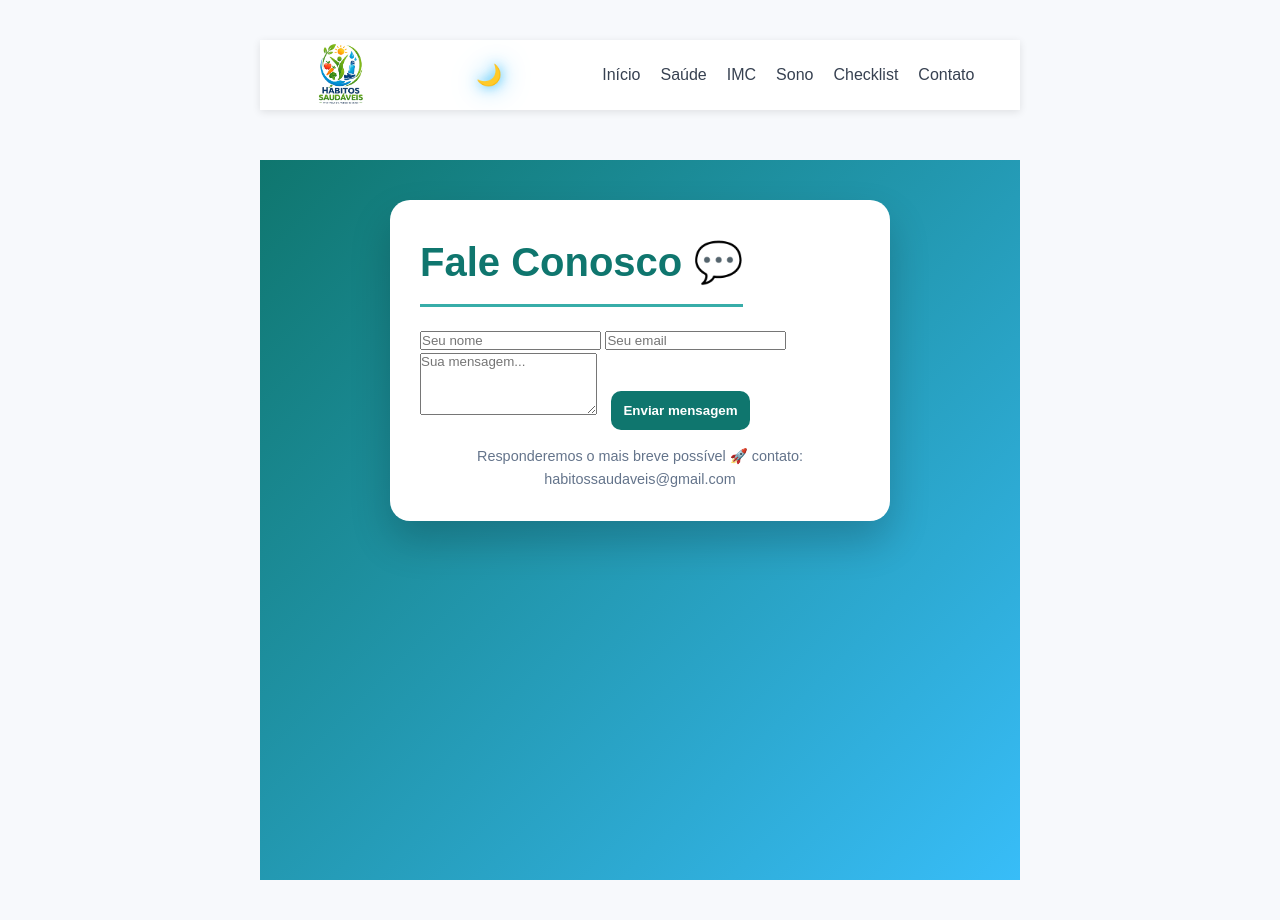
Repository: habitos2026/projetointegrador2026
Page: contato.html
An editor plug-in stored every save of this project. The page is shown before and after a run of saves, followed by the edit.
The browser window is 1280 px wide. The pictures show the whole page.

Above is the page before, as saved 2026-06-10 23:11:54.

### contato.html
<!DOCTYPE html>
<html lang="pt-br">
<head>
<meta charset="UTF-8">
<meta name="viewport" content="width=device-width, initial-scale=1.0">
<title>Contato</title>

<link rel="stylesheet" href="estilos.css">

<style>

    :root {
            --cor-mente: #6a89cc;    /* Azul sereno */
            --cor-fisico: #38ada9;   /* Verde energia */
            --cor-agua: #4a69bd;     /* Azul hidratação */
            --cor-fundo: #f7f9fc;
        }

        /* Animação de Entrada */
        @keyframes fadeInUp {
            from {
                opacity: 0;
                transform: translateY(20px);
            }
            to {
                opacity: 1;
                transform: translateY(0);
            }
        }

        body {
            font-family: 'Segoe UI', Roboto, sans-serif;
            line-height: 1.6;
            background-color: var(--cor-fundo);
            color: #2f3542;
            max-width: 800px;
            margin: 0 auto;
            padding: 40px 20px;
        }

        header {
            text-align: center;
            margin-bottom: 50px;
            animation: fadeInUp 0.8s ease-out;
        }

        h1 {
            color: var(--cor-mente);
            font-size: 2.5rem;
            border-bottom: 3px solid var(--cor-fisico);
            display: inline-block;
            padding-bottom: 10px;
        }

        section {
            background: white;
            padding: 30px;
            border-radius: 15px;
            box-shadow: 0 10px 25px rgba(0,0,0,0.05);
            animation: fadeInUp 1s ease-out;
        }

        h2 {
            color: var(--cor-fisico);
            margin-top: 30px;
            display: flex;
            align-items: center;
            gap: 10px;
        }

/* ÁREA SÓ DO CONTATO */
.contato-page {
    background: linear-gradient(135deg, #0f766e, #38bdf8);
    min-height: 100vh;
    padding: 40px 10px;
}

/* CARD */
.contato-box {
    max-width: 500px;
    margin: auto;
    background: white;
    padding: 30px;
    border-radius: 20px;
    box-shadow: 0 20px 40px rgba(0,0,0,0.2);
    animation: subir 0.6s ease;
}

/* ANIMAÇÃO */
@keyframes subir {
    from {
        opacity: 0;
        transform: translateY(40px);
    }
    to {
        opacity: 1;
        transform: translateY(0);
    }
}

.contato-box h1 {
    text-align: center;
    color: #0f766e;
    margin-bottom: 20px;
}

/* FORM */
.contato-form {
    display: flex;
    flex-direction: column;
    gap: 15px;
}

.contato-form input,
.contato-form textarea {
    padding: 12px;
    border-radius: 10px;
    border: 1px solid #cbd5e1;
    outline: none;
    transition: 0.3s;
    font-size: 1rem;
}

.contato-form input:focus,
.contato-form textarea:focus {
    border-color: #0f766e;
    box-shadow: 0 0 8px rgba(15,118,110,0.3);
}

/* BOTÃO */
.contato-form button {
    padding: 12px;
    border: none;
    border-radius: 10px;
    background: #0f766e;
    color: white;
    font-weight: bold;
    cursor: pointer;
    transition: 0.3s;
}

.contato-form button:hover {
    background: #115e59;
    transform: scale(1.03);
    cursor: pointer;
}

.contato-box button{
    padding: 12px;
    margin-left: 10px;
    border: none;
    border-radius: 10px;
    background: #0f766e;
    color: white;
    font-weight: bold;
    cursor: pointer;
    transition: 0.3s;
}

/* TEXTO */
.info {
    text-align: center;
    margin-top: 15px;
    color: #64748b;
    font-size: 0.9rem;
}

</style>

</head>

<body>

<div id="menu"></div>

<div class="contato-page">

    <div class="contato-box">
        <h1>Fale Conosco 💬</h1>

        <form class= method="post">
            <input type="text" placeholder="Seu nome" required>
            <input type="email" placeholder="Seu email" required>
            <textarea rows="4" placeholder="Sua mensagem..." required></textarea>
            <button type="submit">Enviar mensagem</button>
        </form>

        <div class="info">
            Responderemos o mais breve possível 🚀  contato: habitossaudaveis@gmail.com
        </div>
    </div>

</div>

<script src="trabalho.js"></script>

</body>
</html>

### estilos.css
:root{
    --cinza245: rgb(245,245,245);
    --cinza220: rgb(220,220,220);
    --cinza128: rgb(128,128,128);
    --azul: rgb(0,80,120);
    --amarelo: yellow;
}

/* RESET */
*{
    margin:0;
    padding:0;
    box-sizing:border-box;
    font-family:Arial, sans-serif;
}

body{
    background:#f5f7fb;
    color:#1f2937;
}

/* HEADER */
header{
    background:white;
    height:70px;

    display:flex;
    align-items:center;
    justify-content:space-between;

    padding:0 6%;

    box-shadow:0 2px 8px rgba(0,0,0,0.1);
}

/* LOGO */
.logo{
    height:100%;
    width:auto;
}

/* MENU */
.menu{
    display:flex;
    align-items:center;
    gap:20px;
}

.menu a{
    text-decoration:none;
    color:#374151;
    transition: 0.5s;

}

.menu a:hover{
    color:#0f766e;
    text-shadow: 0 0 6px #01b3a4;
}

/* TOPO MENU MOBILE */
.topoMenu{
    display:none;
}

/* BOTÃO MENU */
.botaoMenu{
    border:none;
    background:transparent;

    display:none;
    flex-direction:column;

    gap:6px;

    cursor:pointer;
    transition:0.5s;
}

.botaoMenu div{
    width:28px;
    height:3px;

    background:black;
    transition:0.5s;
}

/* MAIN */
main{
    max-width:800px;

    margin:40px auto;

    background:white;

    padding:30px;

    border-radius:10px;
}

/* TEXTOS */
h1{
    color:#0f766e;
    margin-bottom:10px;
}

p{
    margin-bottom:15px;
}

/* BANNER */
.bannerIndexInicio{
    width:100%;
    height:300px;
    overflow:hidden;
}

.bannerIndexInicio img{
    width:100%;
    height:100%;

    object-fit:cover;
    display:block;
}

.bannerIndex{
    height:100%;

    display:flex;
    justify-content:center;

    overflow:hidden;

    aspect-ratio:16/9;
}

.bannerIndex img{
    width:70%;
    height:80%;

    object-fit:cover;
}

/* BOX ÁGUA */
.agua-box{
    background:#ecfeff;

    padding:20px;

    border-radius:15px;

    margin-bottom:20px;
}

.agua-box h2{
    color:#0f766e;
    margin-bottom:10px;
}

.agua-box input{
    width:100%;

    padding:10px;

    margin-bottom:10px;

    border-radius:8px;

    border:1px solid #ccc;
}

.agua-box button{
    width:100%;

    padding:12px;

    background:#0f766e;

    color:white;

    border:none;

    border-radius:8px;

    cursor:pointer;

    transition:0.5s;
}

.agua-box button:hover{
    background:#115e59;

    transform:scale(1.01);

    box-shadow:
    0 0 10px rgb(1, 255, 234),
    0 0 15px rgb(0, 173, 253);
}

#resultadoAgua{
    margin-top:10px;
    font-weight:bold;
}

/* LISTAS */
.listas{
    width:65%;

    display:grid;

    grid-template-columns:repeat(2, 1fr);

    gap:1rem;
}

/* IMAGENS SAÚDE */
.Saude .Imagem img{

    width:35%;

    height:auto;

    object-fit:cover;

    border-radius:15px;

    transition:0.4s;
}

.Saude .Imagem img:hover{

    transform:scale(1.05);

    box-shadow:
    0 0 10px cyan,
    0 0 20px cyan,
    0 0 40px cyan;
}

.imc-box{
    background:#0f766e;

    padding:20px;

    border-radius:20px;

    margin-top:3rem;


}

.imc-box input{
    width:100%;

    padding:10px;

    margin-bottom:10px;

    border-radius:8px;

    border:1px solid #ccc;
}

.imc-box button{
    width:100%;

    padding:12px;

    background: white;

    border: none;

    border-radius:8px;

    cursor:pointer;

    transition:0.5s;
}

.imc-box button:hover{
    background:#f0f0f0;

    transform:scale(1.002);

    box-shadow:
    0 0 6px rgb(1, 255, 234),
    0 0 8px rgb(0, 173, 253),
    0 0 15px  rgba(18, 165, 153);
}

#resultado{
    margin-top:20px;

    font-weight:bold;

    display: flex;

    flex-direction: column;

    align-items: center;

    gap: 10px;

}

#botaoFecharMenu{
    border:none;

    background:transparent;

    box-shadow: none;

    font-size:20px;

    cursor:pointer;

    transition: 0.5s;

    border-radius: 100px;

}


#botaoFecharMenu:hover{
    color: red;
    text-shadow:  0 0 11px rgb(255, 0, 0);
}

#botaoFecharMenu:active{
  animation: clickEffect 0.2s ease;
}


/* ===== BOTÃO TEMA ===== */

/* Tema CLARO ativo — botão mostra 🌙 — neon azul */
#btnTema {
    background: transparent;
    border: none;
    border-radius: 50%;
    width: 38px;
    height: 38px;
    font-size: 1.3rem;
    cursor: pointer;
    transition: all 0.3s;
    filter: drop-shadow(0 0 6px #38bdf8) drop-shadow(0 0 12px #7dd3fc);
}

#btnTema:hover {
    transform: scale(1.12) rotate(10deg);
    filter: drop-shadow(0 0 10px #38bdf8) drop-shadow(0 0 20px #7dd3fc);
}

/* Tema ESCURO ativo — botão mostra ☀️ — neon amarelo */
body.dark #btnTema {
    border: none;
    box-shadow: none;
    filter: drop-shadow(0 0 6px #f59e0b) drop-shadow(0 0 12px #fbbf24);
}

body.dark #btnTema:hover {
    transform: scale(1.2) rotate(50deg);
    filter: drop-shadow(0 0 10px #f59e0b) drop-shadow(0 0 20px #fbbf24);
}

/* ===== DARK MODE ===== */
body.dark {
    background: #0a0f1e;
    color: #e2e8f0;
}

body.dark header {
    background: #0d1b2a;
    box-shadow: 0 2px 8px rgba(0,0,0,0.5);
}

body.dark .menu {
    background: #0d1b2a;
}

body.dark .menu a {
    color: #94a3b8;
    border-bottom-color: #1e3a5f;
}

body.dark .menu a:hover {
    color: #7dd3fc;
    text-shadow: 0 0 6px #7dd3fc88;
}

body.dark main,
body.dark section {
    background: #0d1b2a;
    box-shadow: 0 4px 20px rgba(0,0,0,0.3);
}

body.dark .logo {
    filter: brightness(0.9) drop-shadow(0 0 6px rgba(56, 189, 248, 0.4));
    border-radius: 50%;
    background: transparent;
    mix-blend-mode: screen;
}

body.dark h1 {
    color: #38bdf8;
    text-shadow: 0 0 8px #38bdf855;
}

body.dark h2 {
    color: #7dd3fc;
    text-shadow: none;
}

body.dark .agua-box {
    background: #0d2137;
    border: 1px solid #1e3a5f;
}

body.dark .agua-box input,
body.dark .imc-box input,
body.dark .contato-form input,
body.dark .contato-form textarea {
    background: #0a0f1e;
    color: #e2e8f0;
    border-color: #1e3a5f;
}

body.dark .habit-item {
    background: #0d1b2a;
    color: #e2e8f0;
}

body.dark .barra {
    background: #1e293b;
}

body.dark .barra span {
    background: #38bdf8;
}

body.dark li {
    background: #0d1b2a;
    border-left-color: #38bdf8;
    color: #e2e8f0;
}

body.dark li:hover {
    background: #0d2137;
}

body.dark .contato-box {
    background: #0d1b2a;
}

body.dark .contato-form input,
body.dark .contato-form textarea {
    background: #0a0f1e;
    color: #e2e8f0;
    border-color: #1e3a5f;
}

body.dark footer {
    color: #475569;
}

@keyframes clickEffect {
  0% {
    transform: scale(1);
    text-shadow: 0 0 10px red;
  }
  50% {
    transform: scale(0.95);
    text-shadow: 0 0 20px red;
  }
  100% {
    transform: scale(1);
    text-shadow: 0 0 10px red;
  }
}

/* ANIMAÇÃO */
@keyframes subir{

    from{
        opacity:0;
        transform:translateY(-20px);
    }

    to{
        opacity:1;
        transform:translateY(0);
    }

}

/* MOBILE */
@media screen and (max-width:950px){

    .botaoMenu{
        display:flex;

        animation:subir 0.5s ease;
    }

    .botaoMenu:hover{
        transform: scale(1.03);
    }
    .botaoMenu:hover div{
        box-shadow: 0 10px 15px rgba(0,0,0,0.4);

    }

    .menu{
        position:fixed;

        top:0;
        right:-100%;

        width:80%;
        height:100vh;

        background:white;

        flex-direction:column;

        align-items:flex-start;

        padding:30px;

        transition: right 0.5s;

        z-index:999;
    }

    .menu a{
        width:100%;

        padding:12px 0;


        border-bottom:1px solid var(--cinza220);

        text-decoration:none;

        color:#374151;

        transition: 0.10s;

}

    .menu a:hover{
    color:#0f766e;
    text-shadow: 0 0 6px #01b3a4;
    border: #01b3a4 1px solid;
    transition: 0.5s;
}

    .topoMenu{
        display:flex;

        width:100%;

        justify-content:space-between;

        align-items:center;

        margin-bottom:30px;
    }

    .topoMenu button{
        border:none;

        background:transparent;

        font-size:20px;

        cursor:pointer;
    }

    main{
        margin:20px;
    }

    .bannerIndex img{
        width:100%;
        height:220px;
    }

    .listas{
        width:100%;

        grid-template-columns:1fr;
    }

    .Saude .Imagem img{
        width:100%;
    }
}

### trabalho.js
// ===== DARK MODE — roda ANTES de tudo =====
if (localStorage.getItem("tema") === "dark") {
    document.body.classList.add("dark");
}

// ===== MENU =====
fetch("menu.html")
.then(res => res.text())
.then(data => {

    document.getElementById("menu").innerHTML = data;

    // Botão tema
    const btnTema = document.getElementById("btnTema");
    btnTema.textContent = document.body.classList.contains("dark") ? "☀️" : "🌙";

    btnTema.addEventListener("click", () => {
        document.body.classList.toggle("dark");
        const temaDark = document.body.classList.contains("dark");
        localStorage.setItem("tema", temaDark ? "dark" : "light");
        btnTema.textContent = temaDark ? "☀️" : "🌙";
    });

    // Botões do menu mobile
    const abrir = document.querySelector(".botaoMenu");
    const fechar = document.querySelector("#botaoFecharMenu");
    const menu = document.querySelector("#menuNav");

    abrir.addEventListener("click", () => {
        menu.style.right = "0";
    });

    fechar.addEventListener("click", () => {
        menu.style.right = "-100%";
    });

});

// ===== RESTO DAS FUNÇÕES =====

function calc() {
    const checks = document.querySelectorAll('.habit-item input');
    let marcados = 0;

    checks.forEach(check => {
        if(check.checked) marcados++;
    });

    let porcentagem = (marcados / checks.length) * 100;

    document.getElementById("pct").innerText = Math.round (porcentagem) + "%";
    document.getElementById("bar").style.width = porcentagem + "%";

    const msg = document.getElementById("msg");
    const imgGif = document.getElementById("imgGif");

    if (porcentagem === 100) {

    msg.innerText = "Parabéns! Você completou todos os hábitos 🎉";

    lancarConfetes();

} else {

    msg.innerText = "";
    imgGif.innerHTML = "";

}
}

const data = document.getElementById("data");
if (data) {
    data.addEventListener("click", () => {
        data.showPicker();
    });
}

function calcularAgua() {
    const peso = parseFloat(document.getElementById("peso").value);
    const idade = parseInt(document.getElementById("idade").value);

    if (isNaN(peso) || peso <= 0 || isNaN(idade) || idade <= 0) {
        document.getElementById("resultadoAgua").innerText = "Por favor, preencha peso e idade corretamente.";
        return;
    }

    let mlPorKg;

    if (idade <= 17) mlPorKg = 40;
    else if (idade <= 55) mlPorKg = 35;
    else if (idade <= 65) mlPorKg = 30;
    else mlPorKg = 25;

    const totalMl = peso * mlPorKg;
    const totalLitros = (totalMl / 1000).toFixed(1);

    document.getElementById("resultadoAgua").innerText =
        `Você deve beber aproximadamente ${totalLitros}L de água por dia.`;
}

function lancarConfetes() {

    // Evita lançar várias vezes
    if (document.getElementById("confetes")) return;

    const canvas = document.createElement("canvas");
    canvas.id = "confetes";

    // Cobre a tela toda
    canvas.style.cssText = `
        position: fixed;
        top: 0;
        left: 0;
        width: 100%;
        height: 100%;
        pointer-events: none;
        z-index: 9999;
    `;

    document.body.appendChild(canvas);

    const ctx = canvas.getContext("2d");
    canvas.width = window.innerWidth;
    canvas.height = window.innerHeight;

    // Cores dos confetes
    const cores = [
        "#f59e0b", "#38bdf8", "#34d399",
        "#f472b6", "#a78bfa", "#fb923c"
    ];

    // Cria 150 confetes
    const confetes = Array.from({ length: 150 }, () => ({
        x: Math.random() * canvas.width,
        y: Math.random() * -canvas.height,
        w: Math.random() * 10 + 6,
        h: Math.random() * 5 + 3,
        cor: cores[Math.floor(Math.random() * cores.length)],
        velocidade: Math.random() * 4 + 2,
        angulo: Math.random() * 360,
        rotacao: Math.random() * 6 - 3,
        oscilacao: Math.random() * 2 - 1
    }));

    let frame;
    let tempo = 0;

    function animar() {
        ctx.clearRect(0, 0, canvas.width, canvas.height);
        tempo++;

        confetes.forEach(c => {
            c.y += c.velocidade;
            c.x += c.oscilacao;
            c.angulo += c.rotacao;

            ctx.save();
            ctx.translate(c.x, c.y);
            ctx.rotate((c.angulo * Math.PI) / 180);
            ctx.fillStyle = c.cor;
            ctx.fillRect(-c.w / 2, -c.h / 2, c.w, c.h);
            ctx.restore();
        });

        // Para após 4 segundos
        if (tempo < 240) {
            frame = requestAnimationFrame(animar);
        } else {
            cancelAnimationFrame(frame);
            canvas.remove();
        }
    }

    animar();
}

### menu.html
<header>

    <img class="logo" src="pasta-de-imagens/Logo.png" alt="Logo">

    <button id="btnTema" title="Alternar tema">🌙</button>

    <button class="botaoMenu">

        <div></div>
        <div></div>
        <div></div>

    </button>

    <nav id="menuNav" class="menu">

        <div class="topoMenu">

            <h3>Menu</h3>
            <button id="botaoFecharMenu">X</button>
            <button id="abrirMenu" class="botaoMenu"></button>

        </div>

        <a href="index.html">Início</a>
        <a href="saude.html">Saúde</a>
        <a href="imc.html">IMC</a>
        <a href="sono.html">Sono</a>
        <a href="checklist.html">Checklist</a>
        <a href="contato.html">Contato</a>

    </nav>

</header>

After the next 2 saves:
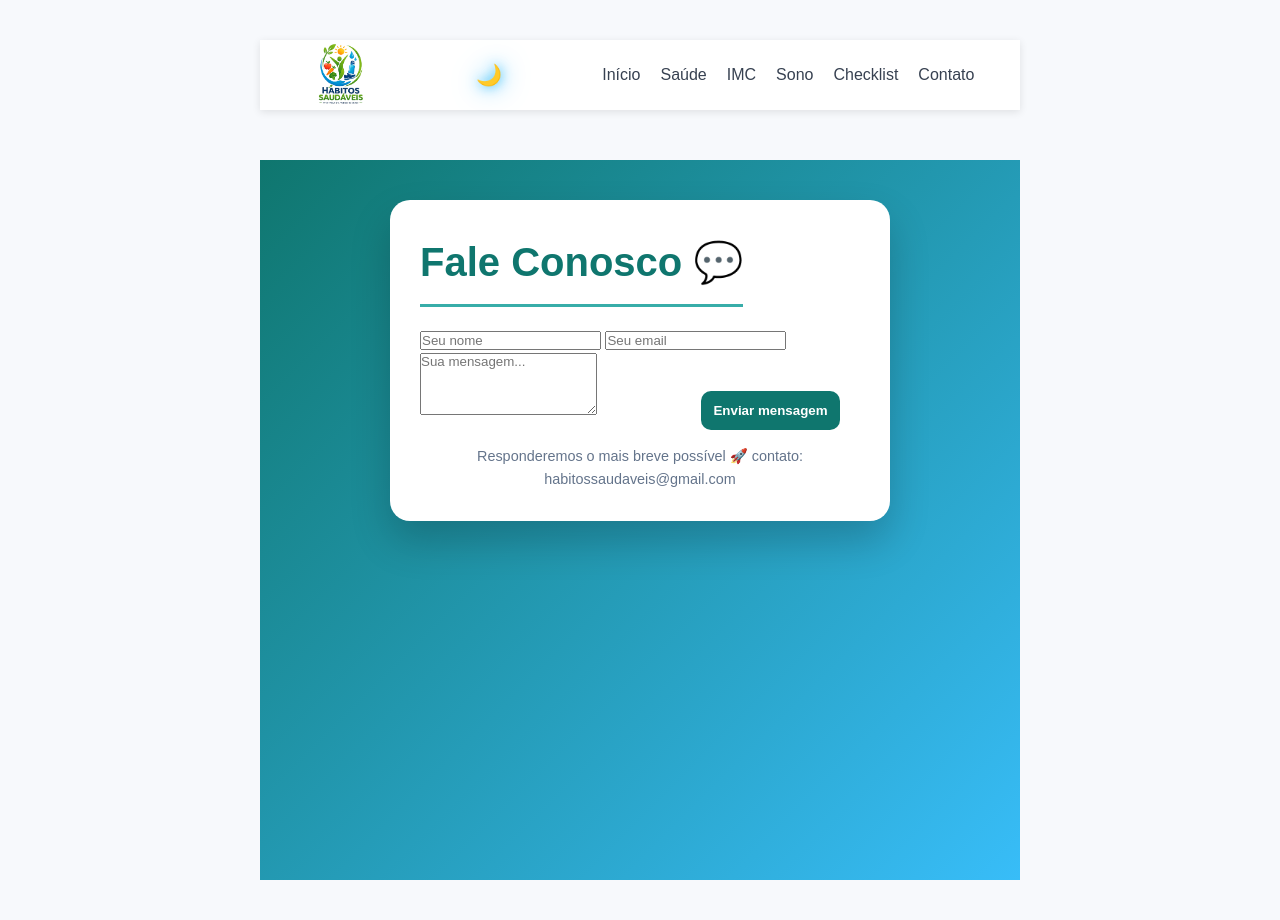
The 2 saves are shown as one change because they came seconds apart.
The last was saved 8 s later.
--- a/contato.html
+++ b/contato.html
@@ -147,7 +147,7 @@
 
 .contato-box button{
     padding: 12px;
-    margin-left: 10px;
+    margin-left: 100px;
     border: none;
     border-radius: 10px;
     background: #0f766e;
